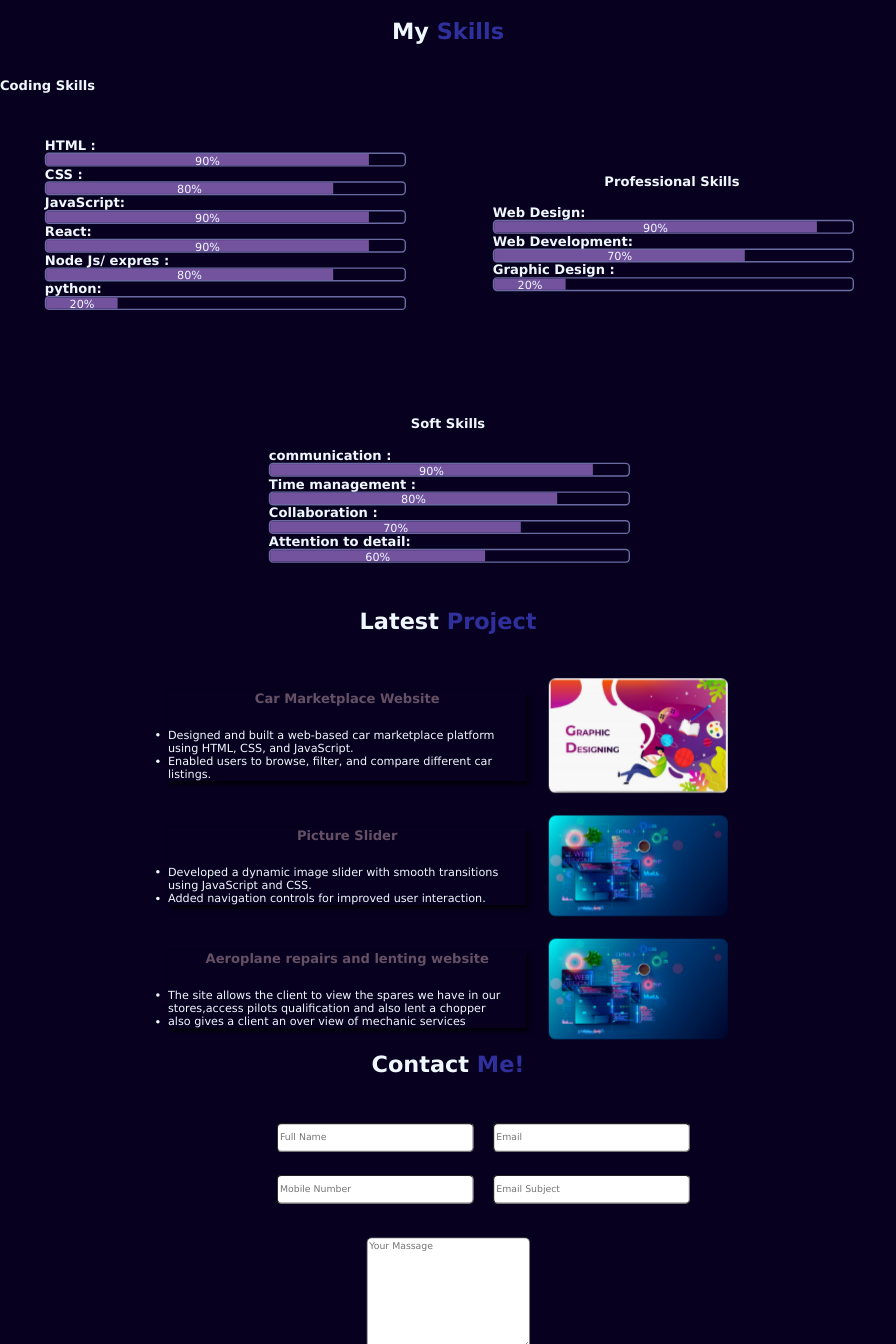
Repository: shrewd-baddest/portfolio
Page: myportfolio-main/index.html
An editor plug-in stored every save of this project. The page is shown before and after the next save, followed by the edit.
The browser window is 1280 px wide. The pictures show the part of the page from y = 1360 to 3280 px (the page is 3394 px tall before and 3435 px after), at 70% of full size.
Some web libraries are served in a nearby version.

Above is the page before, as saved 2025-06-24 07:50:23.

After the next save:
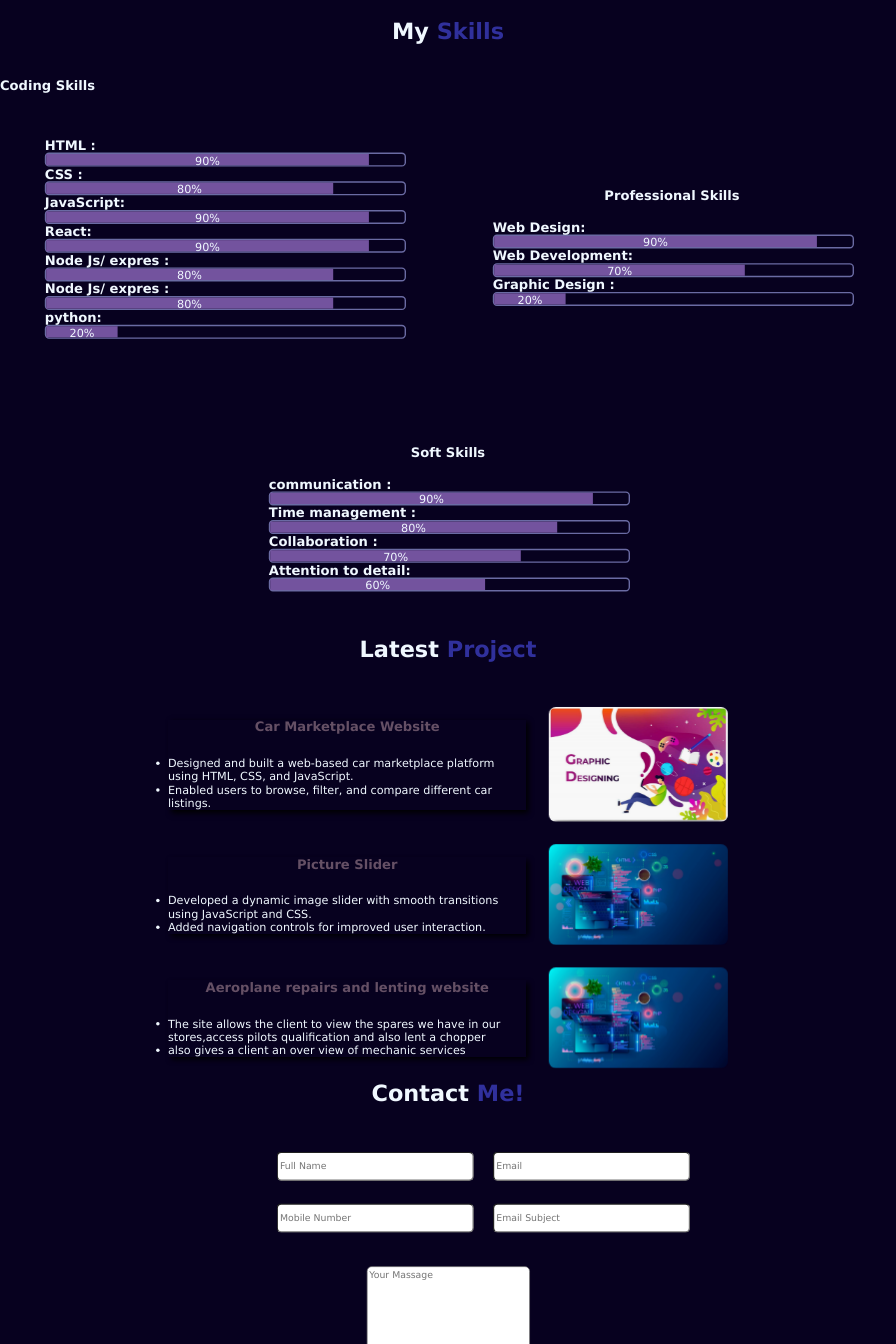
Saved 21 s later.
--- a/myportfolio-main/index.html
+++ b/myportfolio-main/index.html
@@ -109,7 +109,10 @@
                             <h3><i class='box-css3'></i>Node Js/ expres :</h3>
                             <div class="bar"><div class="css">80%</div></div>
                         </div>
-
+                        <div class="progress">
+                            <h3><i class='box-css3'></i>Node Js/ expres :</h3>
+                            <div class="bar"><div class="css">80%</div></div>
+                        </div>
                         <div class="progress">
                               <h3><i class='bx box-javascript'></i>python:</h3>
                             <div class="bar"><div class="py">20%</div></div>
